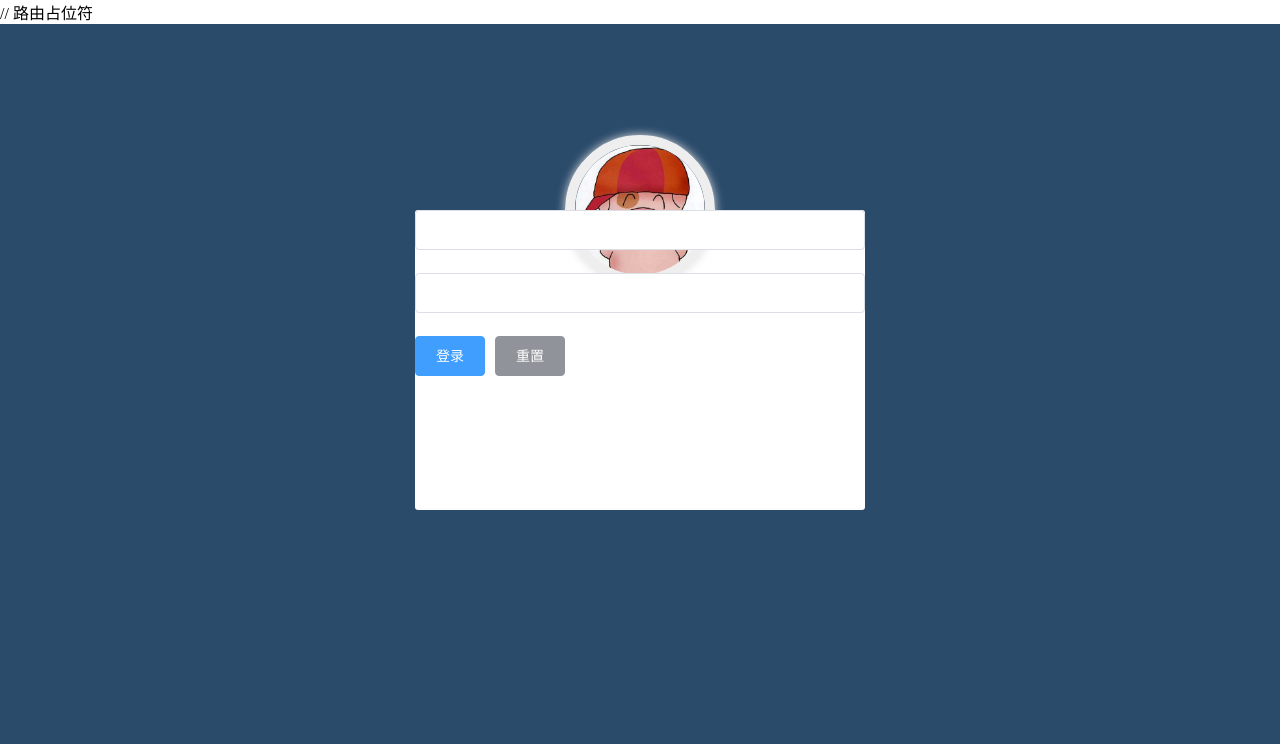
Repository: Japcy/onetwothree
Page: /
These files come from the project's save history. The page is drawn as it stood at one moment and after the next save; the edit follows.
The browser window is 1280 px wide. The pictures show the whole page.
The project was rebuilt for these pictures with package versions that can differ from the ones it lists, and the page was loaded fresh each time.

Above is the page before, as saved 2020-02-29 00:03:09.

### src/main.js
import Vue from 'vue'
import App from './App.vue'
import router from './router'
import './plugins/element.js'
// 导入全局样式表
import './assets/css/global.css'

Vue.config.productionTip = false

new Vue({
  router,
  render: h => h(App)
}).$mount('#app')

### src/App.vue
<template>
  <div id="app">
    // 路由占位符
    <router-view></router-view>
  </div>
</template>

<script>

export default {
  name: 'app',
  components: {
  }
}
</script>

<style>

</style>

### src/router/index.js
import Vue from 'vue'
import VueRouter from 'vue-router'
import Login from '../components/Login.vue'

Vue.use(VueRouter)

const routes = [
  {
    path: '/',
    redirect: '/login'
  },
  {
    path: '/login',
    component: Login
  }
]

const router = new VueRouter({
  routes
})

export default router

### src/components/Login.vue
<template>
  <div class="login">
    <div class="login-box">
      <div class="avatar">
        <img src="../assets/img/logo.jpg" alt />
      </div>
      <!-- 登录表单区 -->
      <div>
        <el-form label-width="0px" class="login-form">
          <!-- 用户名 -->
          <el-form-item>
            <el-input></el-input>
          </el-form-item>
          <!-- 密码 -->
          <el-form-item>
            <el-input></el-input>
          </el-form-item>
          <!-- 按钮区域 -->
          <el-form-item class="btns">
            <el-button type="primary">登录</el-button>
            <el-button type="info">重置</el-button>
          </el-form-item>
        </el-form>
      </div>
    </div>
  </div>
</template>

<script type="text/ecmascript-6">
export default {
  name: 'login',
  data () {
    return {}
  },
  components: {},
  methods: {}
}
</script>

<style lang="less" scoped>
.login {
  background-color: #2b4b6b;
  height: 100%;
}
.login-box {
  width: 450px;
  height: 300px;
  background-color: #fff;
  border-radius: 3px;
  position: absolute;
  left: 50%;
  top: 50%;
  transform: translate(-50%, -50%);

  .avatar {
    width: 130px;
    height: 130px;
    border: 10px solid #eee;
    border-radius: 50%;
    overflow: hidden;
    box-shadow: 0 0 10px #ddd;
    position: absolute;
    left: 50%;
    transform: translate(-50%, -50%);

    img {
      width: 100%;
      height: auto;
    }
  }
}
.btns {
}
.login-form {
}
</style>

Loaded but not shown: public/index.html (common file); src/plugins/element.js (common file); src/assets/css/global.css (common file)

After the next save:
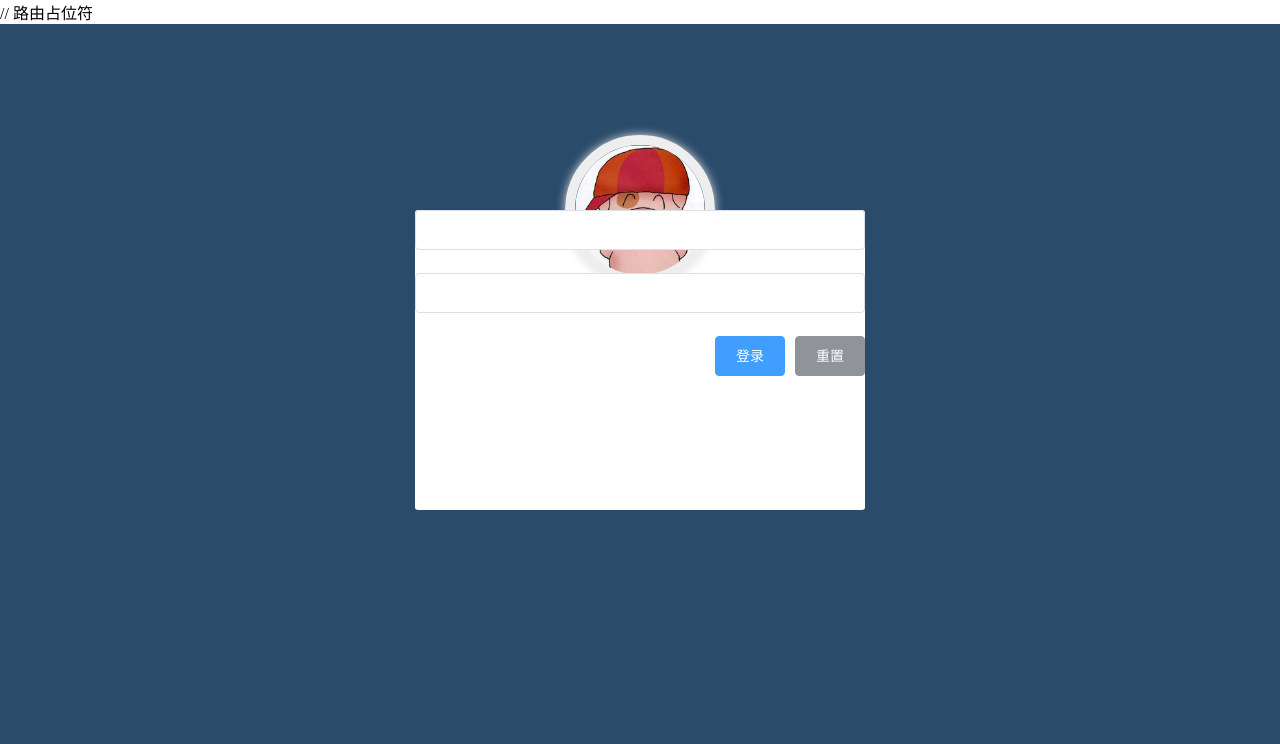
Saved 33 s later.
--- a/src/components/Login.vue
+++ b/src/components/Login.vue
@@ -70,6 +70,8 @@ export default {
   }
 }
 .btns {
+  display: flex;
+  justify-content: flex-end;
 }
 .login-form {
 }
